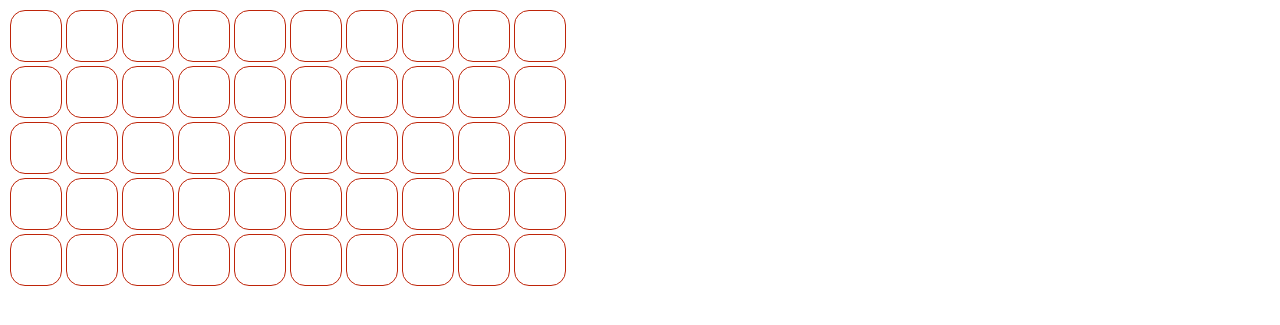
Repository: LechCieslak/anchor_and_anchois
Page: index.html
The author's editor kept a copy of each file at every save. The page is drawn from the files as they stood at one save, then again after the next save.
The browser window is 1280 px wide. The pictures show the whole page.
After loading, the first visible `div[onclick="colChange()"]` was clicked once.

Above is the page before, as saved 2020-04-22 01:07:28.

### index.html
<!DOCTYPE html>
<html lang="pl">
<head>
    <meta charset="UTF-8">
    <meta name="viewport" content="width=device-width, initial-scale=1.0">
    <meta http-equiv="X-UA-Compatible" content="ie=edge">
    <link rel="stylesheet" href="style.css">
    <title>myPaint</title>
</head>
<body>

    <div class="row">
        <div class="field" onclick="boberFunc()"></div>
        <div class="field" onclick="boberFunc2()"></div>
        <div class="field" onclick="boberFunc()"></div>
        <div class="field" onclick="colChange()"></div>
        <div class="field"></div>
        <div class="field"></div>
        <div class="field"></div>
        <div class="field"></div>
        <div class="field"></div>
        <div class="field"></div>

        <div class="field"></div>
        <div class="field"></div>
        <div class="field"></div>
        <div class="field"></div>
        <div class="field"></div>
        <div class="field"></div>
        <div class="field"></div>
        <div class="field"></div>
        <div class="field"></div>
        <div class="field"></div>

        <div class="field"></div>
        <div class="field"></div>
        <div class="field"></div>
        <div class="field"></div>
        <div class="field"></div>
        <div class="field"></div>
        <div class="field"></div>
        <div class="field"></div>
        <div class="field"></div>
        <div class="field"></div>

        <div class="field"></div>
        <div class="field"></div>
        <div class="field"></div>
        <div class="field"></div>
        <div class="field"></div>
        <div class="field"></div>
        <div class="field"></div>
        <div class="field"></div>
        <div class="field"></div>
        <div class="field"></div>

        <div class="field"></div>
        <div class="field"></div>
        <div class="field"></div>
        <div class="field"></div>
        <div class="field"></div>
        <div class="field"></div>
        <div class="field"></div>
        <div class="field"></div>
        <div class="field"></div>
        <div class="field"></div>
    </div>

    <!-- <button onclick="boberFunc()">click me</button> -->



    <script src="app.js"></script>
</body>
</div></htm>

### style.css
* {
    padding: 0;
    margin: 0;
}

.row {
    display: inline-block;
    width: 560px;
    margin: 10px;
 }

.field {
    display: inline-block;
    border: 1px solid #be2409;
    border-radius: 15px;
    width: 50px;
    height: 50px;
}

.field:hover {
    background-color: #be2409;
    /* background-image: url(images/face.png); */
}

.field:active {
    background-image: url(images/face.png);
    background-color: #09be21;
}

### app.js
let ter = new Date;

boberFunc = () => {
    console.log("1. div");
}

boberFunc2 = () => {
    console.log(ter.getHours()+":"+ter.getMinutes()+":"+ter.getSeconds());
console.log(ter.getTime())
}

colChange = () => {
    var elem = document.querySelector(".field");
    console.log("uuuutttt")

    elem.style.backgroundColor = "b";
    console.log("koniec");
}

After the next save:
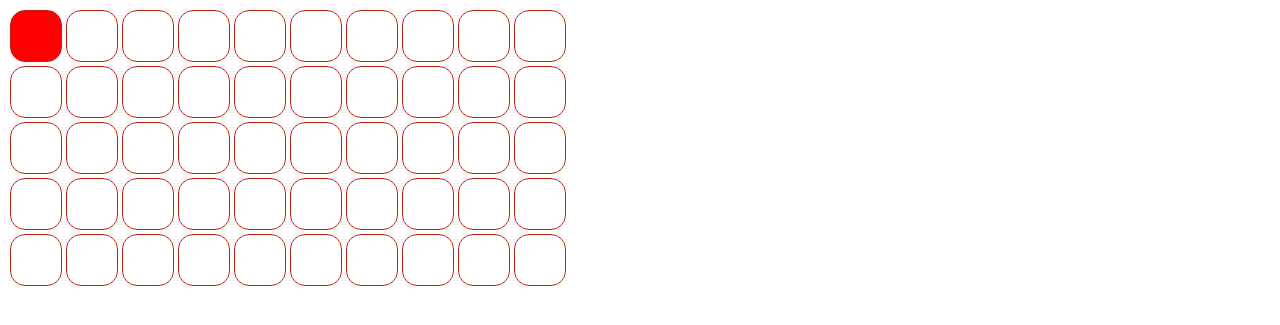
Saved 4 s later.
--- a/app.js
+++ b/app.js
@@ -13,6 +13,6 @@ colChange = () => {
     var elem = document.querySelector(".field");
     console.log("uuuutttt")
 
-    elem.style.backgroundColor = "b";
+    elem.style.backgroundColor = "red";
     console.log("koniec");
 }
